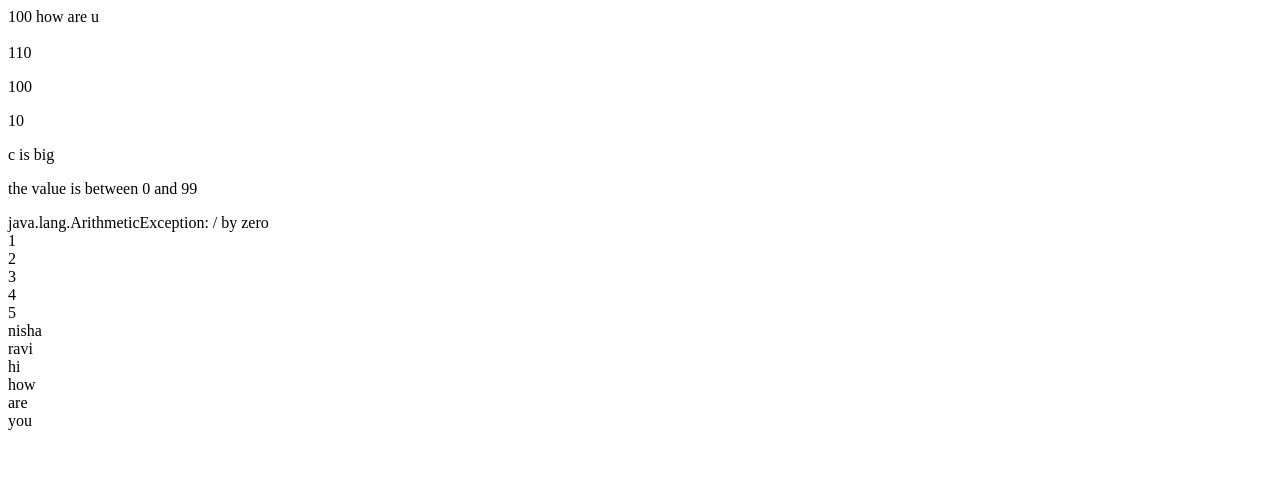
Repository: nishasirt/SimplilearnRepo1
Page: http://localhost/JSPsession2/myjsp.jsp
An editor plug-in stored every save of this project. The page is shown before and after the next save, followed by the edit.
The browser window is 1280 px wide. The pictures show the whole page.
The page is served by Tomcat 9.

Above is the page before, as saved 2022-11-20 04:48:45.

### JSPsession2/WebContent/myjsp.jsp
<%@ page language="java" contentType="text/html; charset=ISO-8859-1"
    pageEncoding="ISO-8859-1"%>
    <%@taglib prefix="c"  uri="http://java.sun.com/jsp/jstl/core"%>
<!DOCTYPE html PUBLIC "-//W3C//DTD HTML 4.01 Transitional//EN" "http://www.w3.org/TR/html4/loose.dtd">
<html>
<head>
<meta http-equiv="Content-Type" content="text/html; charset=ISO-8859-1">
<title>Insert title here</title>
</head>
<body>
<c:out value="${100}"></c:out>
<c:out value="${'how are u' }"></c:out>
<br><br>
<%-- declare var --%>
<c:set  var="a" value="${100}"></c:set>
<c:out value="${a+10}"></c:out>  <p>
<c:out value="${a}"></c:out><p>
<c:remove var="a"/>
<c:out value="${a+10}"></c:out>


<%--condition --%>
<c:set  var="c" value="${100}"></c:set>
<c:set var="b" value="${10}"></c:set>
<c:if test="${c>b}">

<p>c is big</p>
</c:if>

<%--choose when otherwise --%>
<c:set var="a" value="${20}"></c:set>
<c:choose>
<c:when test="${a>=100}">
the value of a is greater
</c:when>
<c:when test="${a>=0 &&a<100}">
the value is between 0 and 99
</c:when>
<c:otherwise>
check the input value
</c:otherwise>
</c:choose>
<p>
<%-- --%>
<c:catch var="catchex">
<%-- <c:set var="d" value="${50}"></c:set>
<c:set var="e" value="${0}"></c:set>
<c:out value="${d/e}"></c:out> --%>

<%int a=550/0; %>
</c:catch>
<c:out value="${catchex }"></c:out>
<br>
<%--for each --%>

<c:set var="a"  value="0"/>

<c:forEach  var="i" begin="1" end="5">

<c:out value="${a+i}"></c:out><br>

</c:forEach>

<%
String s[]=new String[2];
s[0]="nisha";
s[1]="ravi";
%>

<c:forEach items="<%=s %>" var="user">

<c:out value="${user}"></c:out>
<br>
</c:forEach>

<%--
for tokens
 --%>


 <c:set var="s"  value="${'hi-how-are-you'}"></c:set>
 <c:forTokens var="name"  items="${s}" delims="-">
 <c:out value="${name }"/>
 <br/>
 </c:forTokens>
 <%--
 Url mangmnt and rewriting
  --%>
  <c:set var="id"  value="${101}" ></c:set>
 <c:set var="name"  value="${'nisha'}" ></c:set>
 <c:url  var="url" value="index.jsp">



 </c:url>
</body>
</html>

After the next save:
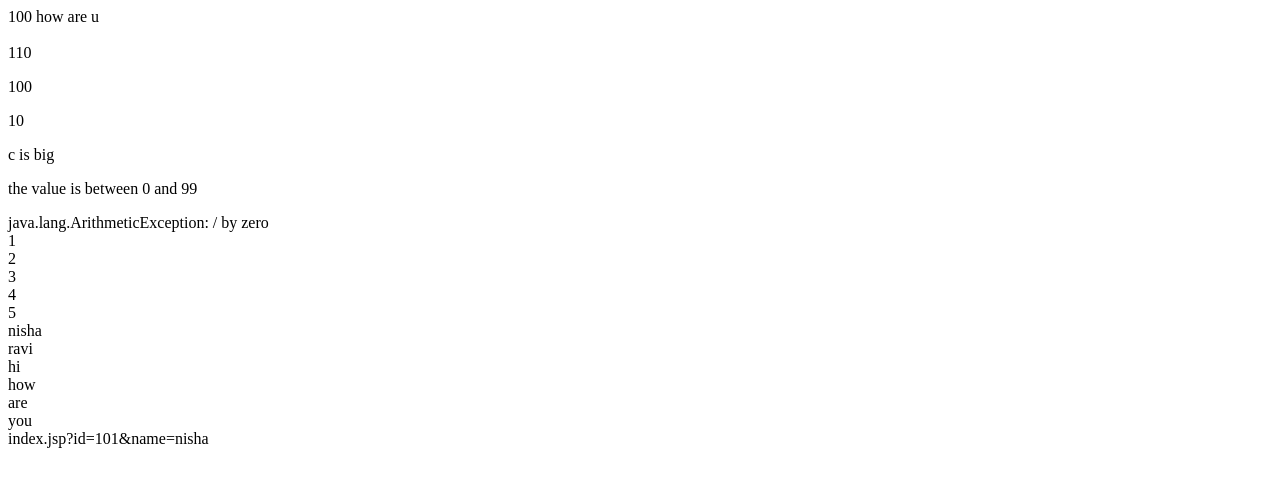
Saved 6 min 4 s later.
--- a/JSPsession2/WebContent/myjsp.jsp
+++ b/JSPsession2/WebContent/myjsp.jsp
@@ -89,9 +89,10 @@ for tokens
   <c:set var="id"  value="${101}" ></c:set>
  <c:set var="name"  value="${'nisha'}" ></c:set>
  <c:url  var="url" value="index.jsp">
+ <c:param name="id" value="${id }"></c:param>
 
-
-
+  <c:param name="name" value="${name }"></c:param>
  </c:url>
+ ${url}
 </body>
 </html>
